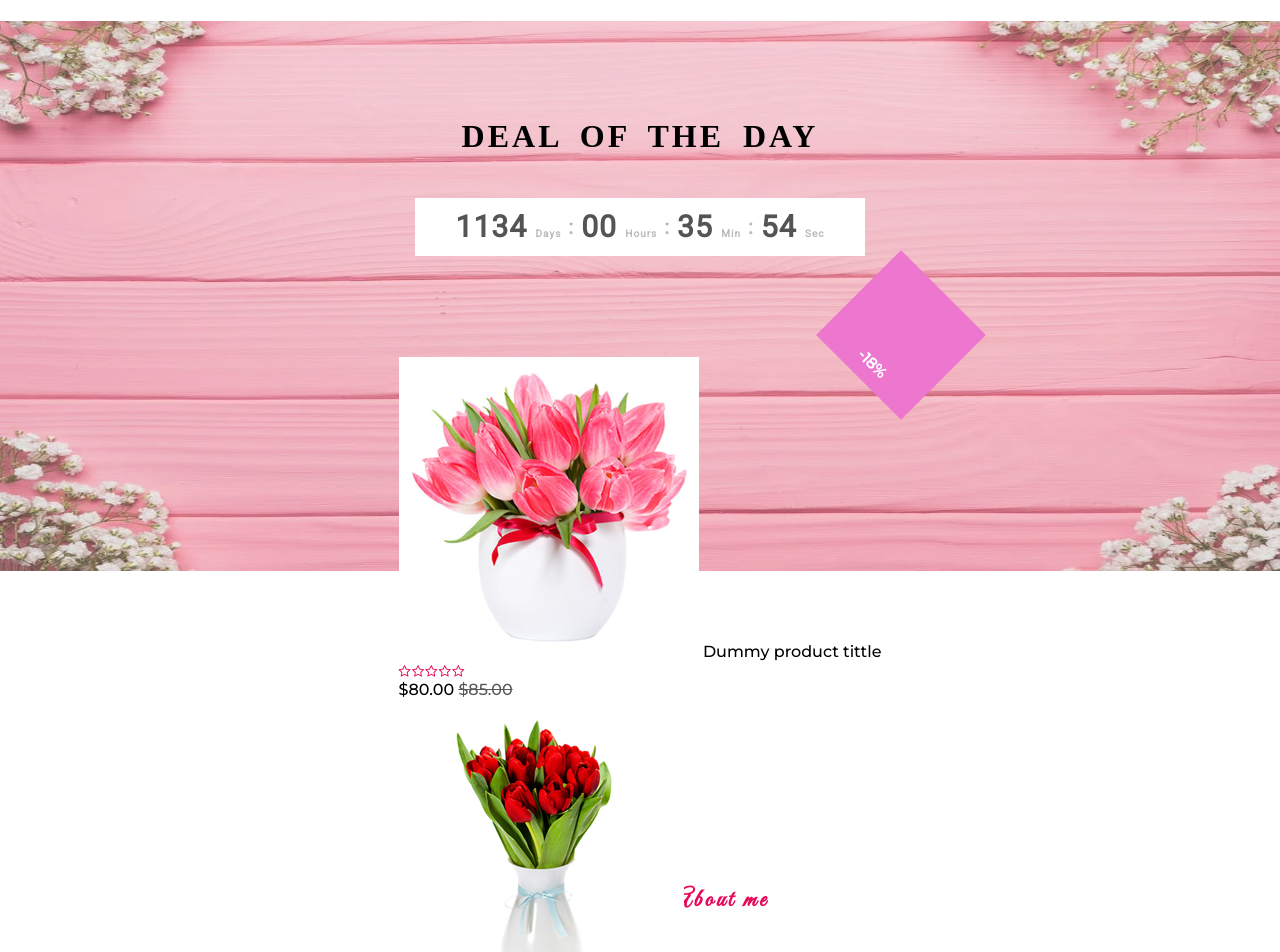
Repository: Yosva36/Front-End-Training
Page: Flower/flowers.html
These files come from the project's save history. The page is drawn as it stood at one moment and after the next save; the edit follows.
The browser window is 1280 px wide. The pictures show the part of the page from y = 2288 to 3240 px (the page is 6139 px tall).
Some web fonts or font styles are not loaded; a fallback is used. Some web libraries are served in a nearby version.

Above is the page before, as saved 2022-11-21 10:39:28.

After the next save:
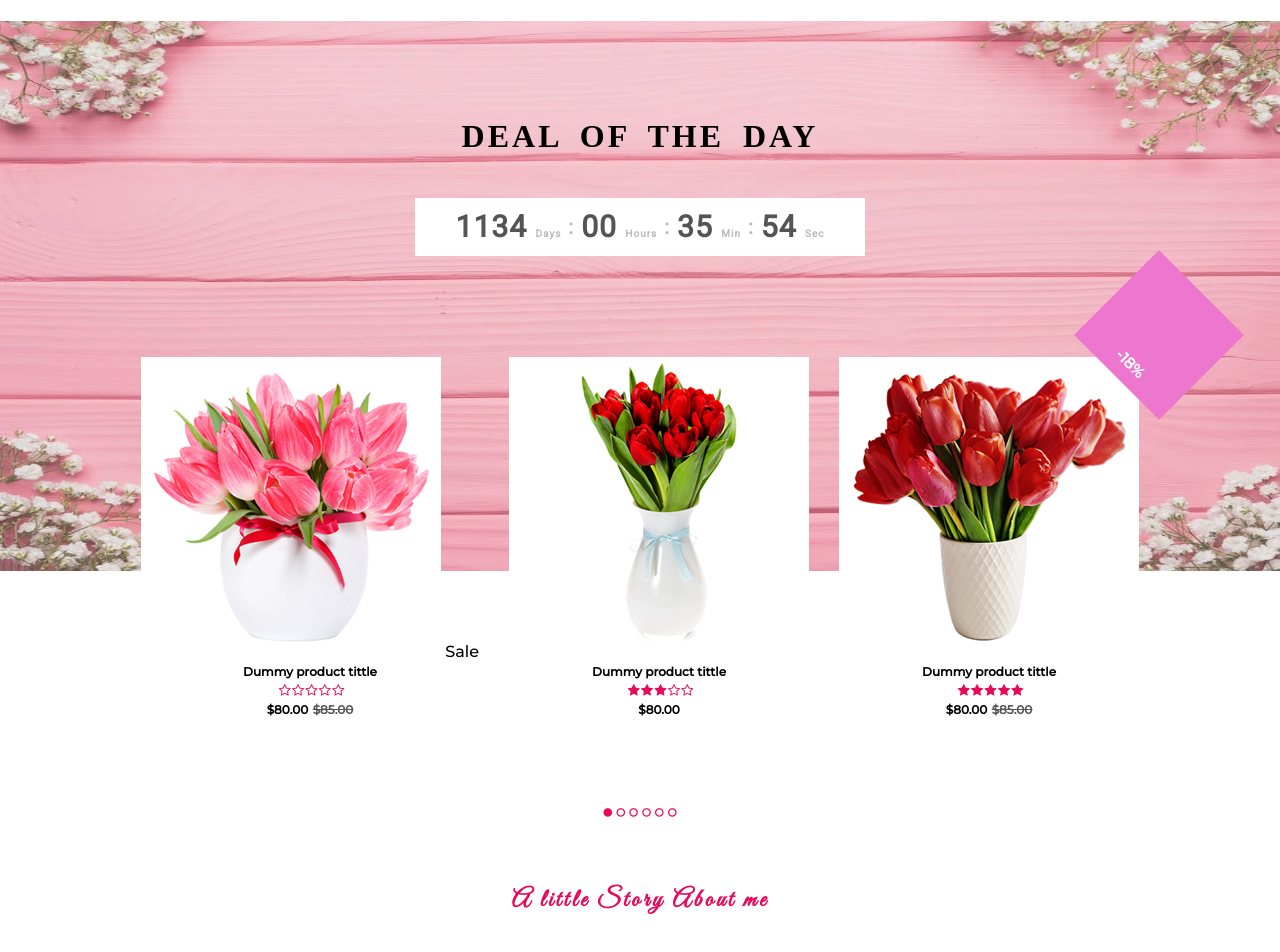
Saved 8 s later.
--- a/Flower/flowers.html
+++ b/Flower/flowers.html
@@ -265,7 +265,7 @@
               <div class="gift">
                 <img src="/Flower/images/big-pot-rose.jpg" alt="red-roses" />
                 <span class="sale">-18%</span>
-                <span class="s"
+                <span class="sale-label">Sale</span>
                 <div class="price">
                   <span>Dummy product tittle</span>
                   <div class="ratings">
